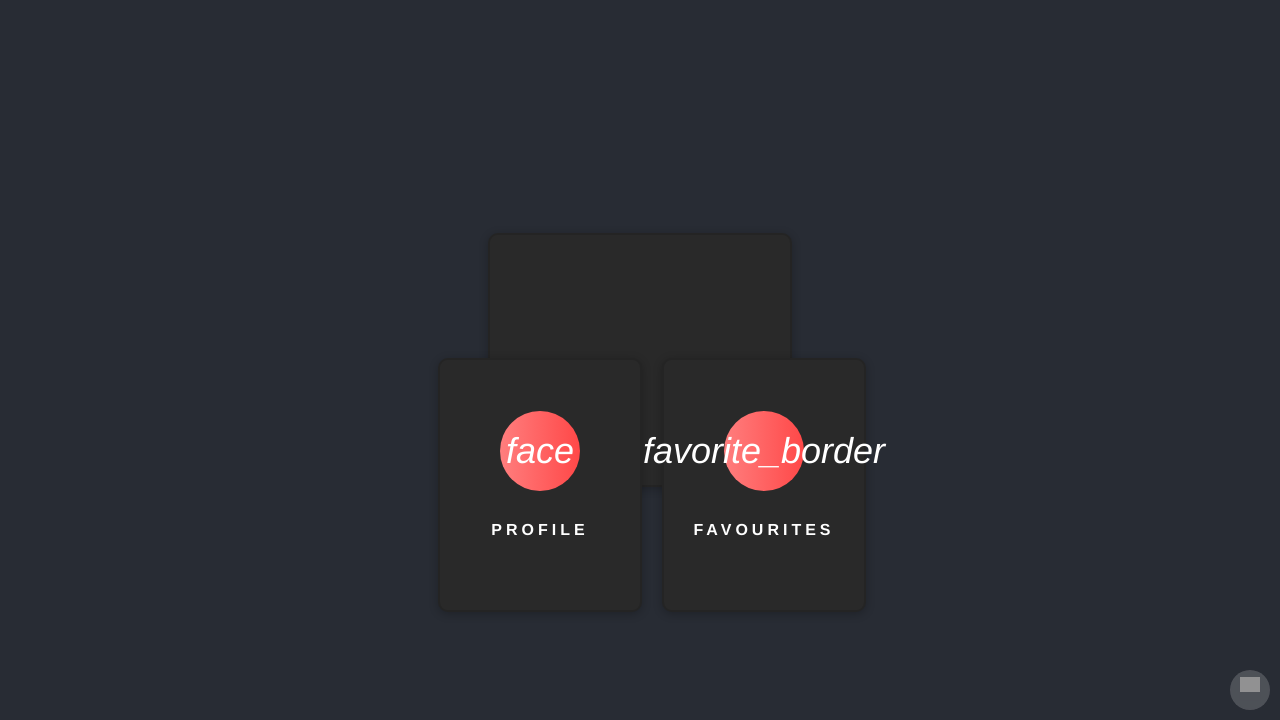
Repository: SaraHasan224/React-first-app
Page: /
These files come from the project's save history. The page is drawn as it stood at one moment and after the next save; the edit follows.
The browser window is 1280 px wide. The pictures show the whole page.
Pictures or frames that could not be fetched are drawn as grey boxes. The project was rebuilt for these pictures with package versions that can differ from the ones it lists, and the page was loaded fresh each time. Also part of the build but not shown: src/assets/styles/general.scss.

Above is the page before, as saved 2020-03-11 21:21:53.

After the next save:
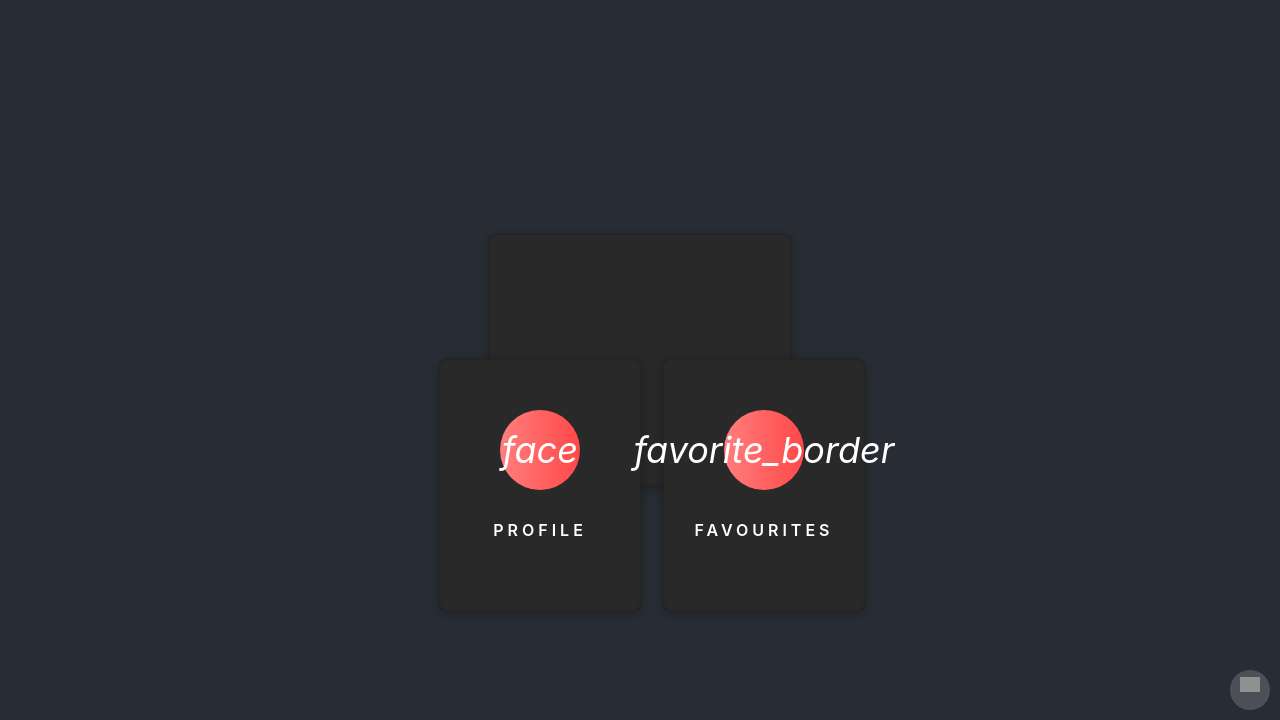
Saved 58 s later.
--- a/src/assets/views/countryCard/countryCard.scss
+++ b/src/assets/views/countryCard/countryCard.scss
@@ -1,9 +1,4 @@
-body {
-    width: 100vw;
-    background-color: #1D1D1D;
-    margin: 0;
-    font-family: helvetica;
- }
+
 
  .about {
     $cubic: cubic-bezier(0.64, 0.01, 0.07, 1.65);
